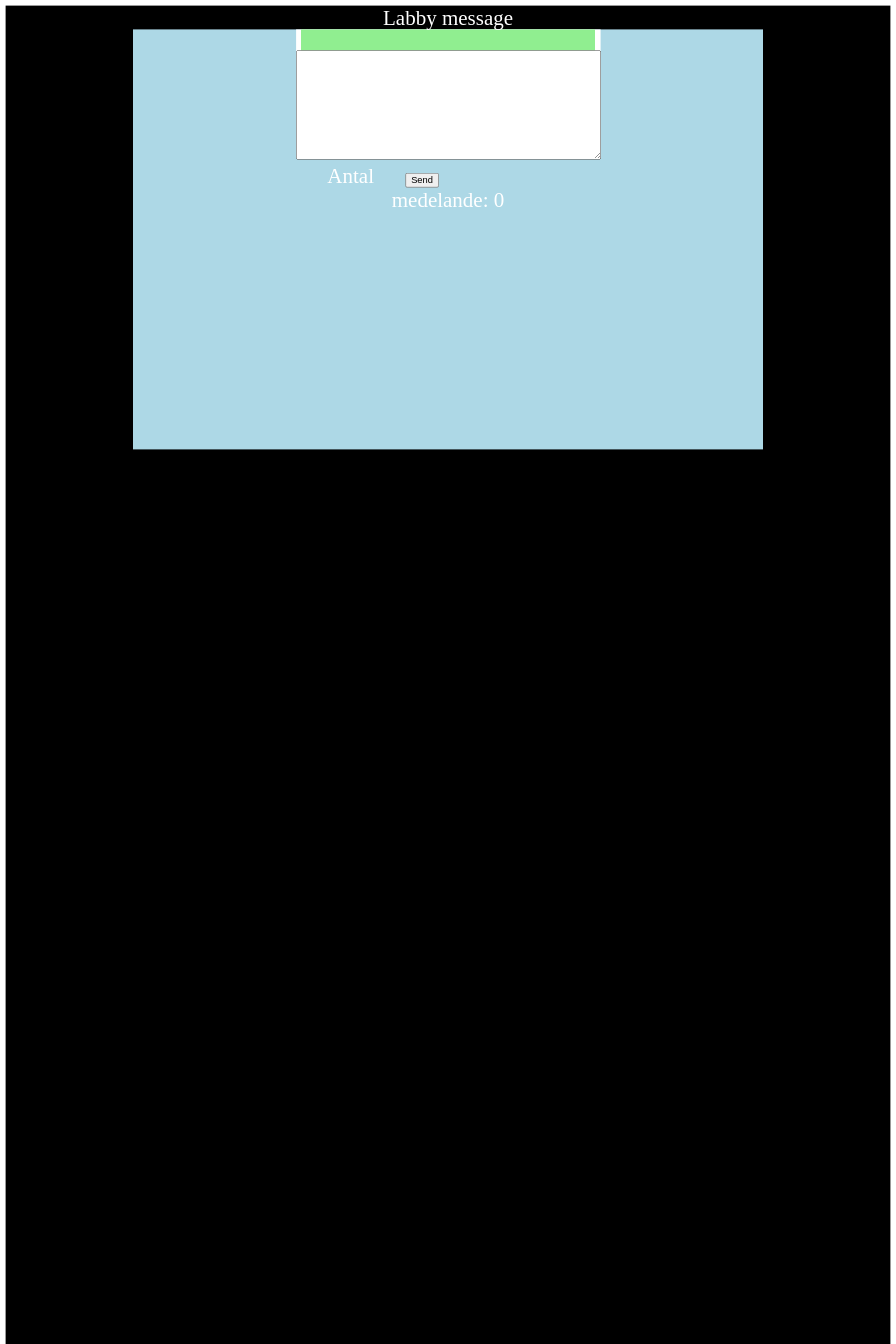
Repository: al223jw/1dv403-laborationer
Page: 2-labbymezzage/index.html
The author's editor kept a record of every edit. The page is drawn from the files as they stood at one moment, then again after the next edit.
The browser window is 1280 px wide. The pictures show the part of the page from y = 0 to 1920 px (the page is 9066 px tall), at 70% of full size.

Above is the page before.

### 2-labbymezzage/index.html
<!DOCTYPE html>
<!DOCTYPE html>
<html lang="sv">
    <head>
        <meta name="viewport" content="width=device-width, initial-scale=1.0"/>
        <meta charset="utf-8"/>
        <title>Write-Message</title>

        <link rel="stylesheet" href="style.css"/>
    </head>
        <body>
            <div id="container">
                <div id="header">
                    Labby message
                </div>
                <div id="main">
                    <div id="area">
                        <div id="message">
                        </div>

                    <textarea id="textarea" cols="49" rows="10">

                    </textarea><br>
                    <div id="submit">
                        <input type="submit" value="Send"/>
                    </div>
                    <div id="counter">
                        <p>Antal medelande</p>
                    </div>
                </div>
            </div>

            <script type="text/javascript" src="myJavascript.js"></script>
            <script type="text/javascript" src="Message.js"></script>

        </body>

</html>

### 2-labbymezzage/style.css
#container
{
    width:100%;
    height:9050px;
    background-color:black;
    text-align:center;
    font-size:30px;
    color:white;
}
#main
{
    width:900px;
    height:600px;
    margin-left:auto;
    margin-right:auto;
    background-color:lightblue;
}
#main p
{
    text-align:right;
    font-size:11px;
}
#submit
{
    float:right;
    margin-right:231px;
}
#textarea
{
    width:430px;
    height:150px;
}
#area
{
    background-color:white;
    width:435px;
    height:60px;
    margin-left:auto;
    margin-right:auto;
}
#message
{
    margin-left:auto;
    margin-right:auto;
    width:420px;
    height:30px;
    background-color:lightgreen;
}
#counter p
{
    text-align:right;
    font-size:px;
    color:black;
}

### 2-labbymezzage/myJavascript.js
"use strict";

var count = 0;
var submit = document.querySelector("#submit");
var countMessage = document.getElementById("counter");
var textMessage = document.getElementById("textarea");
var myObject = {};
var allMessages =[];
var enter = document.getElementById("textarea");
var messageholder = document.getElementById("message");

textMessage.value ="";
countMessage.innerHTML = "Antal medelande: " + count;

submit.addEventListener("click", function(e)
{
    if(textMessage.value === "")
    {
        e.preventDefault();
    }
    else
    {
        myObject = new Message(textMessage.value, new Date());
        allMessages.push(myObject);

        createMessage(allMessages.length-1);

        textMessage.value = "";
    }
});

enter.addEventListener("keydown", function(e)
{

    if(e.keyCode === 13 && !e.shiftKey)
    {
        e.preventDefault();
        if(textMessage.value !== "")
        {
            myObject= new Message(textMessage.value, new Date());
            allMessages.push(myObject);

            createMessage(allMessages.length-1);

            textMessage.value = "";
        }

    }
        else
        {
            console.log('ny rad');
        }
});

var createMessage = function(messageID)
{
    var text = document.createElement('p');
        text.className = "text";
        text.setAttribute('id', messageID);

    var exit = document.createElement('img');
        exit.src = "pics/exit.png";
        exit.className = "deletePic"+messageID;
        exit.alt = "Delete";

    exit.onclick = function()
    {
        var question = confirm("vill du verkligen radera meddelandet?");

        if(question === true)
        {

            messageRemove(messageID);
            text.parentNode.removeChild(text);
            createMessage(allMessages);
        }
        else
        {
            return false;
        }

    };

    var clock = document.createElement('img');
        clock.src = "pics/clock.png";
        clock.className = "clockPic";
        clock.alt = "Time of message";

    clock.onclick = function()
    {
       alert("Inlägget skapades "+ allMessages[messageID].getDate().toUTCString());
    };

    var theClock = document.createElement('div');
        theClock.className = "theClock";
        theClock.innerHTML = allMessages[messageID].getDateText();

        text.innerHTML = allMessages[messageID].getHTMLText();
        messageholder.appendChild(text);
        text.appendChild(exit);
        text.appendChild(clock);
        text.appendChild(theClock);

        count++;
        countMessage.innerHTML = "Antal meddelande: " + allMessages.length;

    var messageRemove = function(id)
    {
        allMessages.splice(id,1);
    };

    var fixMessage = function()
    {
        messageholder.innerHTML = "";

        for(var i = 0; i < allMessages.length; i++)
        {
            fixMessage(i);
        }
    };

};

### 2-labbymezzage/Message.js
"use strict";

function Message(counter, date)
{
    counter.getText = function()
    {
        return counter;
    };

    counter.setText = function(_text)
    {
        counter = _text;
    };


    date.getDate = function()
    {
        return date;
    };
    date.setDate = function(_date)
    {
        date = _date;
    };
}

Message.prototype.toString = function()
{
    return Message.getText()+" ("+Message.getDate()+")";
};

Message.prototype.getHTMLText = function()
{
    return Message.getText().replace(/[\n\r]/g, "<br/>");
};

Message.prototype.getDateText = function()
{
    var h = Message.getDate().getHours();
    var m = Message.getDate().getMinutes();
    var s = Message.getDate().getSeconds();
    var time = h+":"+m+":"+s;
    return time;
};

After the next edit:
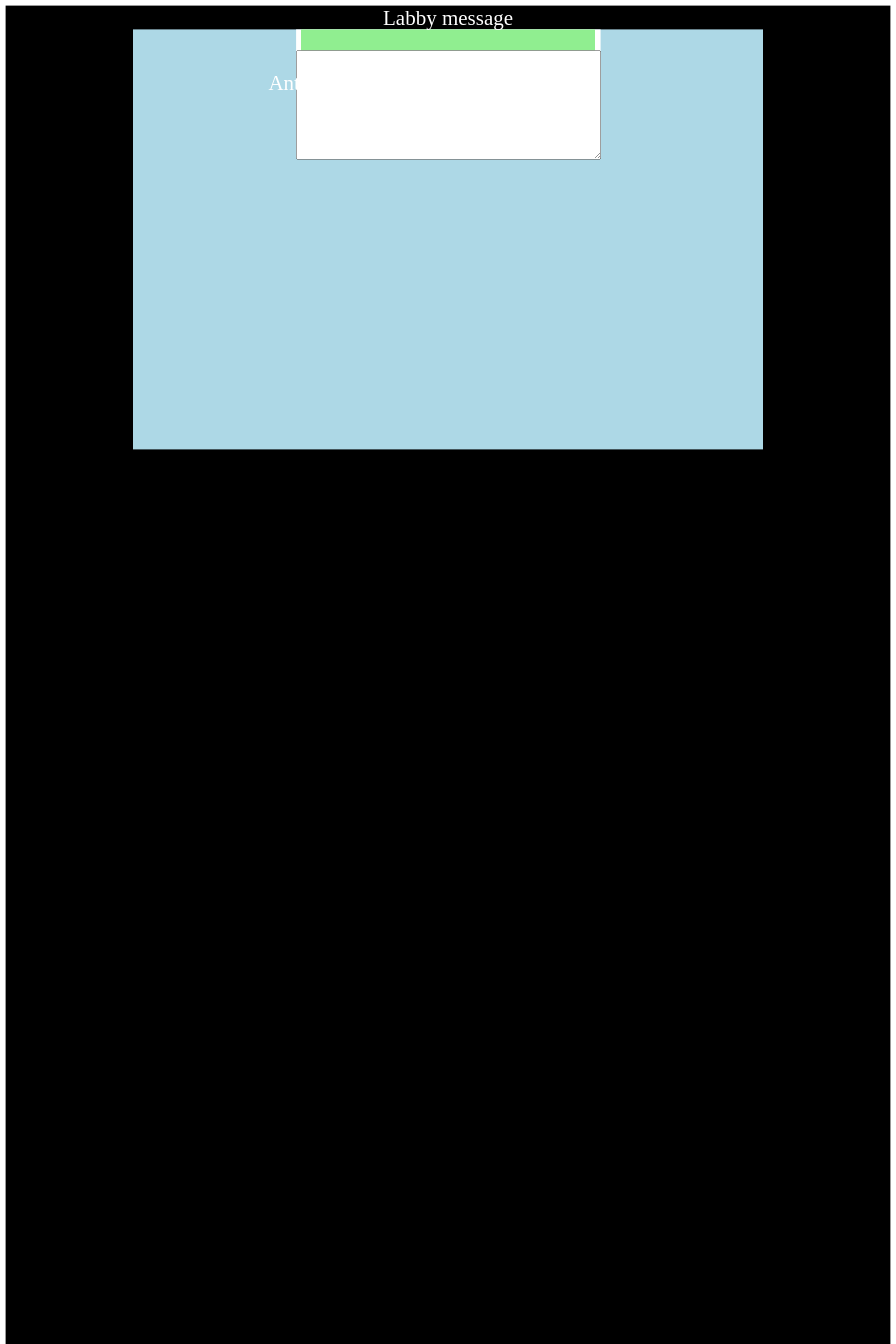
The edit:
--- a/2-labbymezzage/index.html
+++ b/2-labbymezzage/index.html
@@ -20,7 +20,8 @@
 
                     <textarea id="textarea" cols="49" rows="10">
 
-                    </textarea><br>
+                        </textarea><br>
+                    </div>
                     <div id="submit">
                         <input type="submit" value="Send"/>
                     </div>
